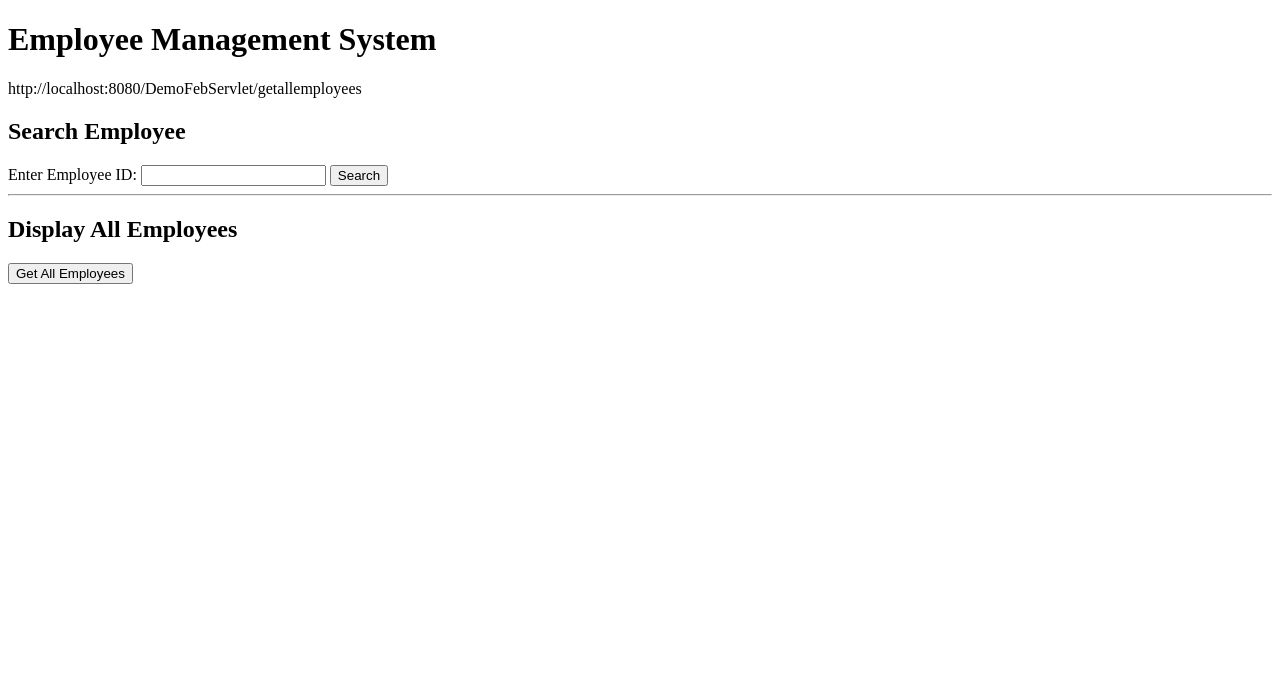
Repository: Jagruti1511/jagrutisuryawanshi_fbswork
Page: Advance Java/WorkSpaceFor Advance Java/DemoFebServlet/src/main/webapp/WEB-INF/employee.html
An editor plug-in stored every save of this project. The page is shown before and after the next save, followed by the edit.
The browser window is 1280 px wide. The pictures show the whole page.

Above is the page before, as saved 2026-08-25 09:06:27.

### Advance Java/WorkSpaceFor Advance Java/DemoFebServlet/src/main/webapp/WEB-INF/employee.html
<!DOCTYPE html>
<html lang="en">
<head>
    <meta charset="UTF-8">
    <meta name="viewport" content="width=device-width, initial-scale=1.0">
    <title>Employee Management</title>
</head>

<body>

    <h1>Employee Management System</h1>

    <!-- ================= ADD EMPLOYEE ================= -->

    http://localhost:8080/DemoFebServlet/getallemployees
    <!-- ================= SEARCH EMPLOYEE ================= -->

    <h2>Search Employee</h2>

    <form action="/DemoFebServlet/getemployeebyid" method="get">

        <label>Enter Employee ID:</label>

        <input type="number" name="id" required>

        <button type="submit">Search</button>

    </form>


    <hr>


    <!-- ================= DISPLAY EMPLOYEES ================= -->

    <h2>Display All Employees</h2>

    <form action="/DemoFebServlet/getallemployees" method="get">

        <button type="submit">Get All Employees</button>

    </form>

</body>
</html>

After the next save:
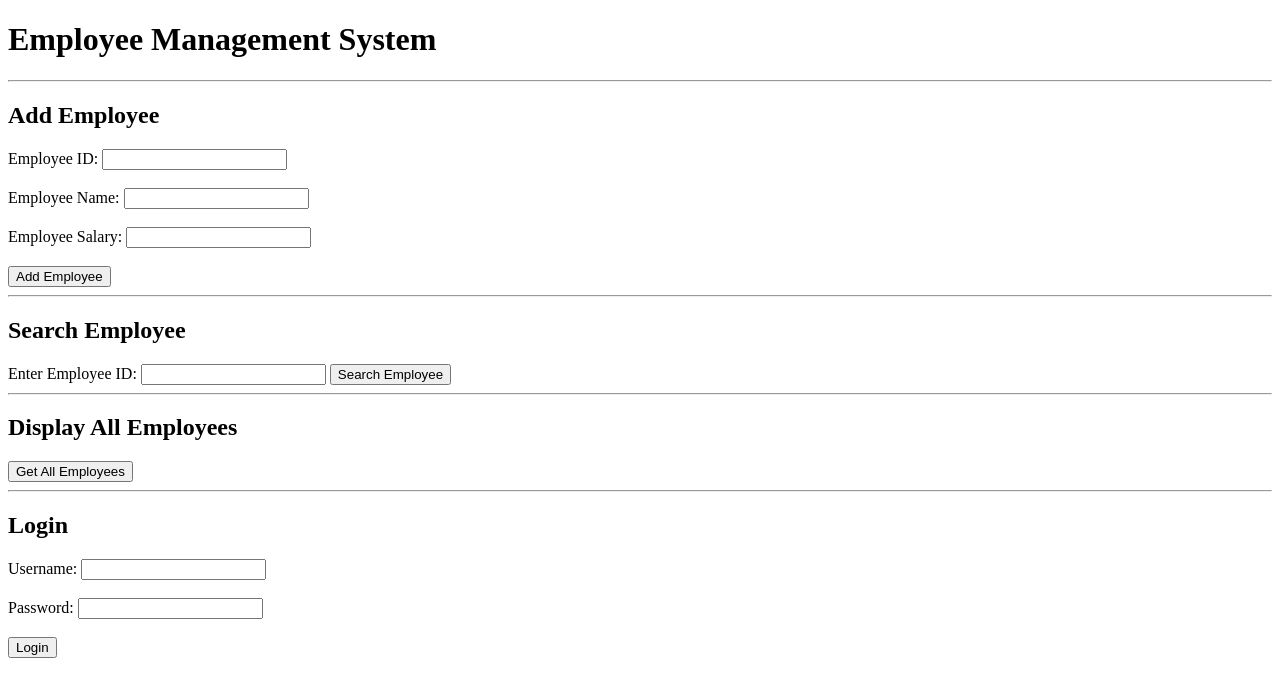
Saved 6 min 7 s later.
--- a/Advance Java/WorkSpaceFor Advance Java/DemoFebServlet/src/main/webapp/WEB-INF/employee.html
+++ b/Advance Java/WorkSpaceFor Advance Java/DemoFebServlet/src/main/webapp/WEB-INF/employee.html
@@ -1,5 +1,6 @@
 <!DOCTYPE html>
 <html lang="en">
+
 <head>
     <meta charset="UTF-8">
     <meta name="viewport" content="width=device-width, initial-scale=1.0">
@@ -10,9 +11,32 @@
 
     <h1>Employee Management System</h1>
 
+    <hr>
+
     <!-- ================= ADD EMPLOYEE ================= -->
 
-    http://localhost:8080/DemoFebServlet/getallemployees
+    <h2>Add Employee</h2>
+
+    <form action="/DemoFebServlet/addemployee" method="post">
+
+        <label>Employee ID:</label>
+        <input type="number" name="id" required>
+        <br><br>
+
+        <label>Employee Name:</label>
+        <input type="text" name="name" required>
+        <br><br>
+
+        <label>Employee Salary:</label>
+        <input type="number" name="salary" step="0.01" required>
+        <br><br>
+
+        <button type="submit">Add Employee</button>
+
+    </form>
+
+    <hr>
+
     <!-- ================= SEARCH EMPLOYEE ================= -->
 
     <h2>Search Employee</h2>
@@ -23,15 +47,13 @@
 
         <input type="number" name="id" required>
 
-        <button type="submit">Search</button>
+        <button type="submit">Search Employee</button>
 
     </form>
 
-
     <hr>
 
-
-    <!-- ================= DISPLAY EMPLOYEES ================= -->
+    <!-- ================= DISPLAY ALL EMPLOYEES ================= -->
 
     <h2>Display All Employees</h2>
 
@@ -41,5 +63,26 @@
 
     </form>
 
+    <hr>
+
+    <!-- ================= LOGIN ================= -->
+
+    <h2>Login</h2>
+
+    <form action="/DemoFebServlet/login" method="post">
+
+        <label>Username:</label>
+        <input type="text" name="username" required>
+        <br><br>
+
+        <label>Password:</label>
+        <input type="password" name="password" required>
+        <br><br>
+
+        <button type="submit">Login</button>
+
+    </form>
+
 </body>
+
 </html>
